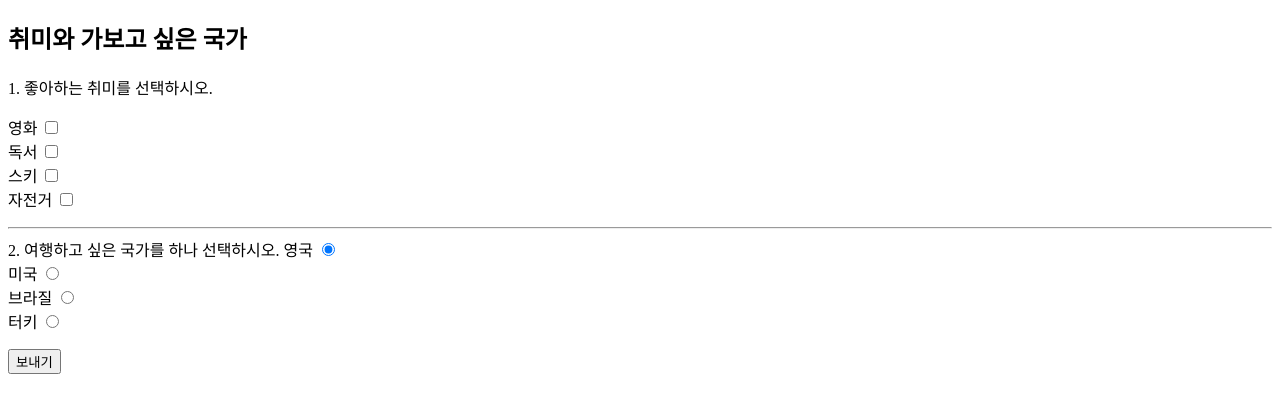
Repository: JuHyeon-S/21-1-Web-Back-end_Programming
Page: http://localhost/week07/request3.jsp
The author's editor kept a copy of each file at every save. The page is drawn from the files as they stood at one save, then again after the next save.
The browser window is 1280 px wide. The pictures show the whole page.
The page is served by Tomcat 9.

Above is the page before, as saved 2021-04-18 21:36:24.

### week07/week07/src/main/webapp/request3.jsp
<%@ page language="java" contentType="text/html; charset=EUC-KR"
    pageEncoding="EUC-KR"%>
<!DOCTYPE html>
<html>
<head>
<meta charset="EUC-KR">
<title>Insert title here</title>
</head>
<body>
	<h2>취미와 가보고 싶은 국가</h2>
	<form method="post" action="request3.jsp">
		1. 좋아하는 취미를 선택하시오.<p>
		영화 <input type="checkbox" name="hobby" value="영화"><br>
		독서 <input type="checkbox" name="hobby" value="독서"><br>
		스키 <input type="checkbox" name="hobby" value="스키"><br>
		자전거 <input type="checkbox" name="hobby" value="자전거"><p><hr>

		2. 여행하고 싶은 국가를 하나 선택하시오.
		영국 <input type="radio" name="country" value="영국" checked><br>
		미국 <input type="radio" name="country" value="미국"><br>
		브라질 <input type="radio" name="country" value="브라질"><br>
		터키 <input type="radio" name="country" value="터키"><p>

		<input type="submit" value="보내기">
	</form>
</body>
</html>

After the next save:
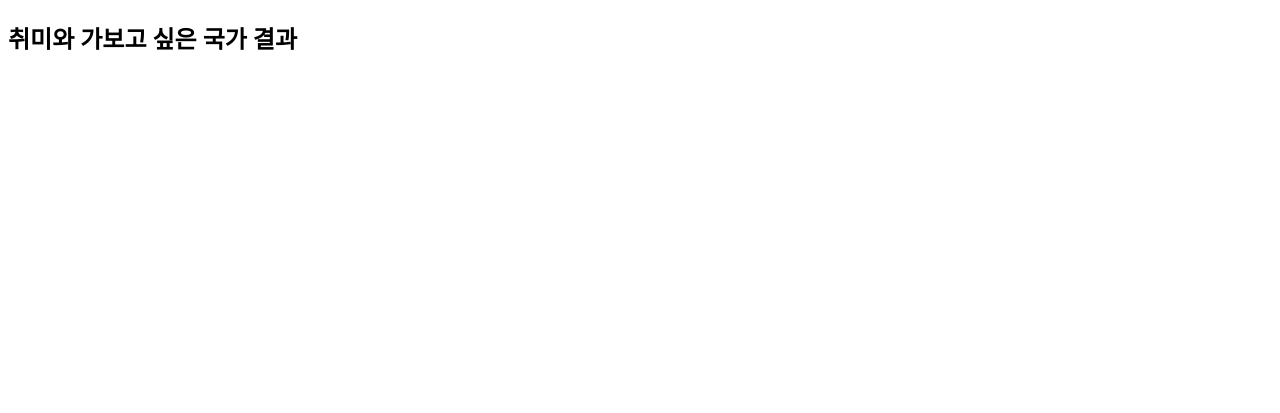
Saved 4 min 59 s later.
--- a/week07/week07/src/main/webapp/request3.jsp
+++ b/week07/week07/src/main/webapp/request3.jsp
@@ -7,21 +7,22 @@
 <title>Insert title here</title>
 </head>
 <body>
-	<h2>취미와 가보고 싶은 국가</h2>
-	<form method="post" action="request3.jsp">
-		1. 좋아하는 취미를 선택하시오.<p>
-		영화 <input type="checkbox" name="hobby" value="영화"><br>
-		독서 <input type="checkbox" name="hobby" value="독서"><br>
-		스키 <input type="checkbox" name="hobby" value="스키"><br>
-		자전거 <input type="checkbox" name="hobby" value="자전거"><p><hr>
+	<%@ page import="java.util.Enumeration" %>
+	<% request.setCharacterEncoding("euc-kr"); %>
 
-		2. 여행하고 싶은 국가를 하나 선택하시오.
-		영국 <input type="radio" name="country" value="영국" checked><br>
-		미국 <input type="radio" name="country" value="미국"><br>
-		브라질 <input type="radio" name="country" value="브라질"><br>
-		터키 <input type="radio" name="country" value="터키"><p>
+	<h2>취미와 가보고 싶은 국가 결과</h2>
+	<%
+		Enumeration<String> e = request.getParameterNames();
 
-		<input type="submit" value="보내기">
-	</form>
+		while (e.hasMoreElements()){
+			String name = e.nextElement();
+			String[] data = request.getParameterValues(name);
+			if(data != null){
+				for(String eachdata : data)
+					out.println(eachdata + " ");
+			}
+			out.println("<p>");
+		}
+	%>
 </body>
 </html>
